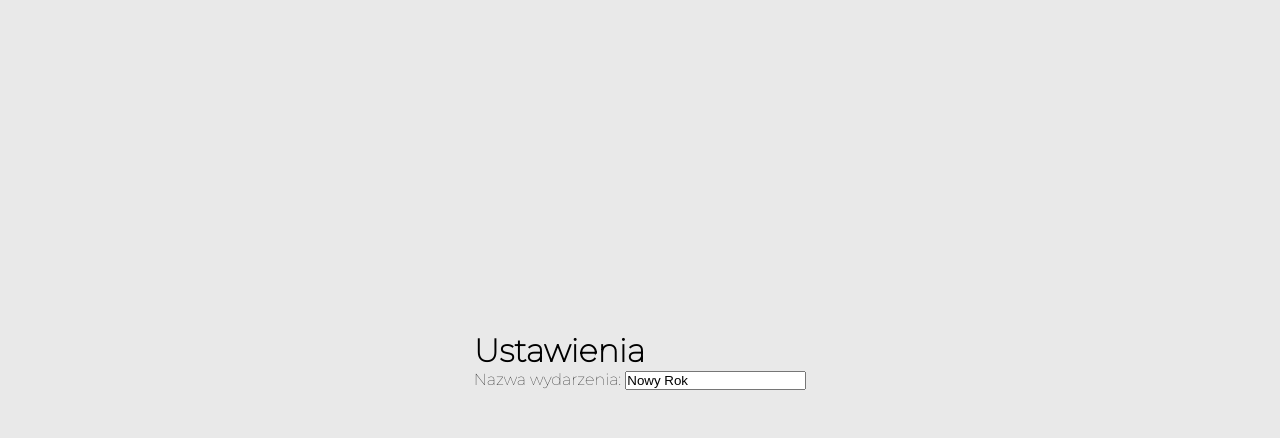
Repository: KrzysKolo/Projekt-8_Czasomierz
Page: index.html
The author's editor kept a copy of each file at every save. The page is drawn from the files as they stood at one save, then again after the next save.
The browser window is 1280 px wide. The pictures show the whole page.
Some web libraries are served in a nearby version.

Above is the page before, as saved 2020-07-19 05:11:22.

After the next save:
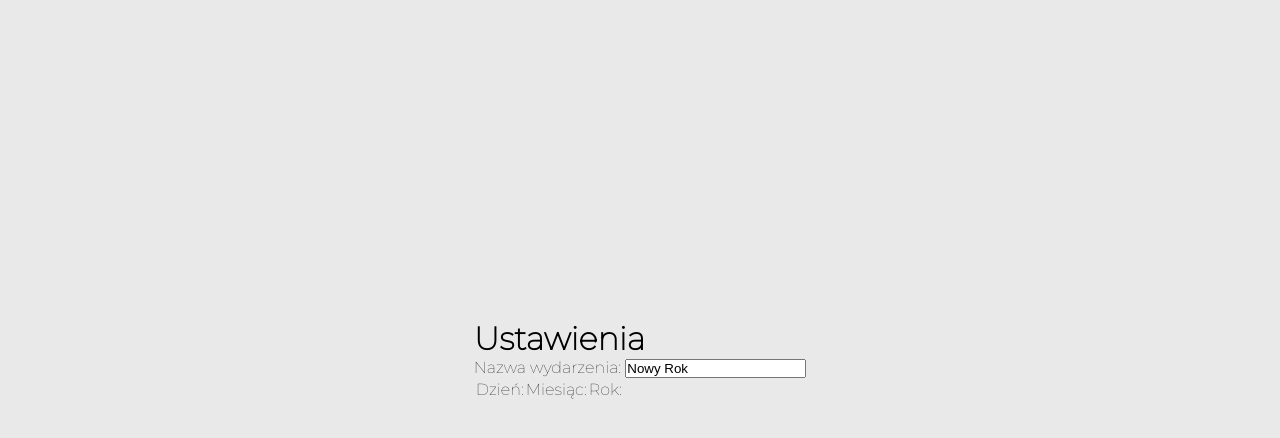
Saved 4 min 32 s later.
--- a/index.html
+++ b/index.html
@@ -20,6 +20,13 @@
         <h1>Ustawienia</h1>
         <label for="event-name">Nazwa wydarzenia: </label>
         <input type="text" id="event-name" value="Nowy Rok" />
+        <table class="date">
+          <tr>
+            <td><label for="event-day">Dzień:</label></td>
+            <td><label for="event-month">Miesiąc:</label></td>
+            <td><label for="event-year">Rok:</label></td>
+          </tr>
+        </table>
       </div>
     </main>
     <script src="./js/index.js"></script>
